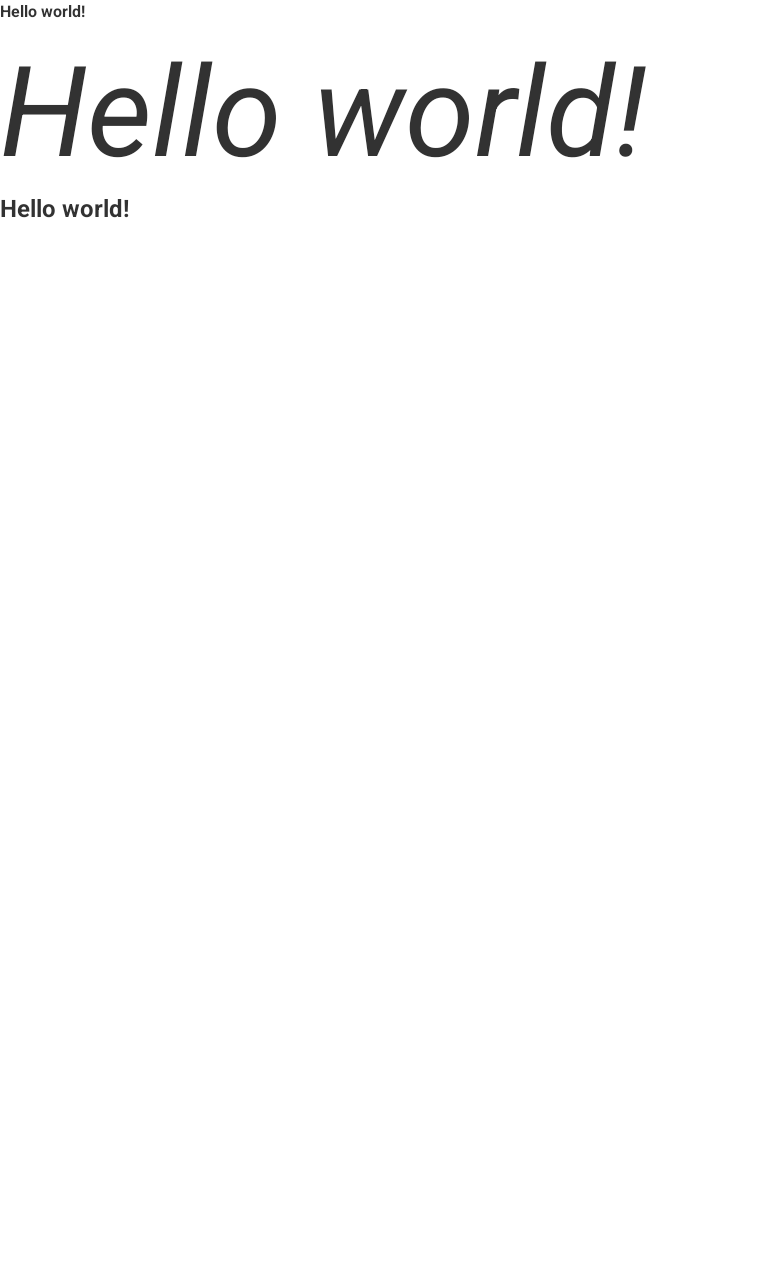
Repository: seunghaa02/allandroid
Layout: TextView/res/layout/main.xml
An editor plug-in stored every save of this project. The layout is shown before and after the next save, followed by the edit.
It is drawn on a 768 x 1280 px phone screen (xhdpi) without system bars, with theme AppTheme; the app's code is not run.

Above is the layout before, as saved 2013-04-08 02:25:13.

After the next save:
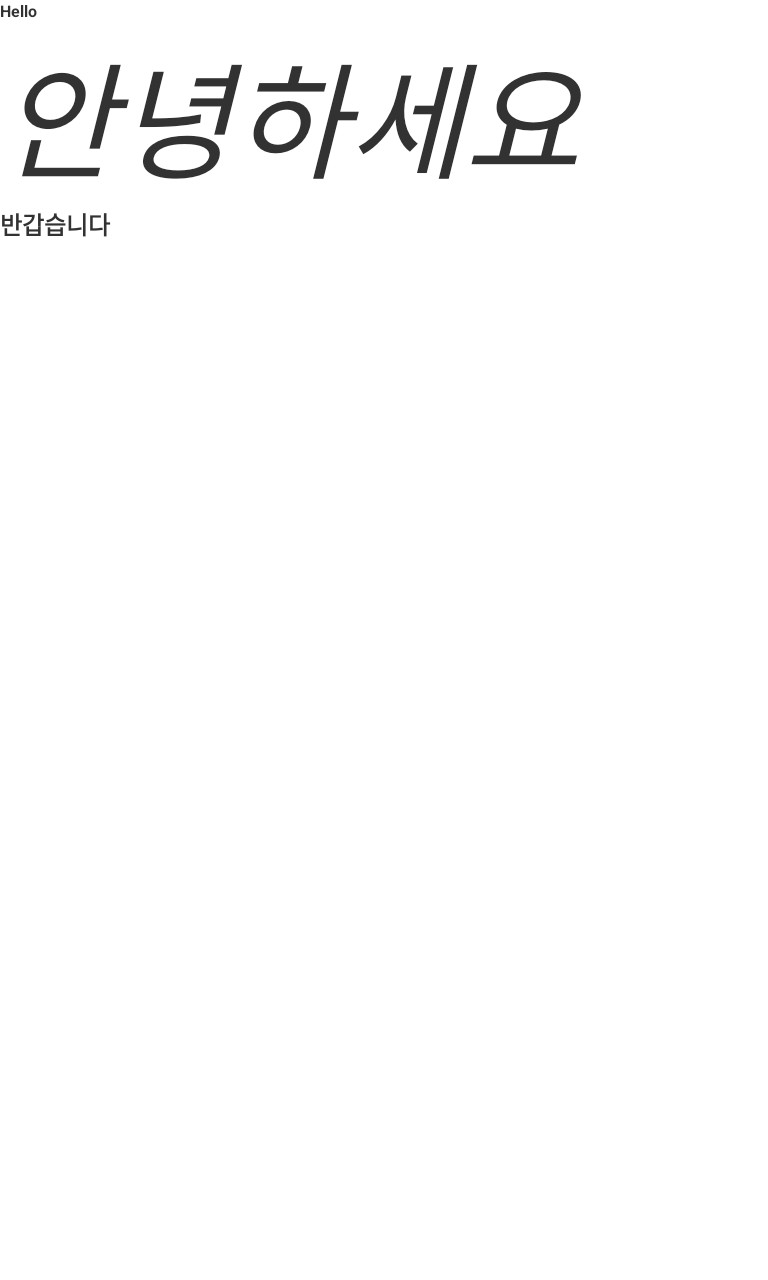
Saved 39 s later.
--- a/TextView/res/values/strings.xml
+++ b/TextView/res/values/strings.xml
@@ -5,7 +5,7 @@
     <string name="action_settings">Settings</string>
     <string name="hello_world">Hello world!</string>
 
-    <string name="text_view_string1">Hello world!</string>
-    <string name="text_view_string2">Hello world!</string>
-    <string name="text_view_string3">Hello world!</string>
+    <string name="text_view_string1">Hello</string>
+    <string name="text_view_string2">안녕하세요</string>
+    <string name="text_view_string3">반갑습니다</string>
 </resources>
